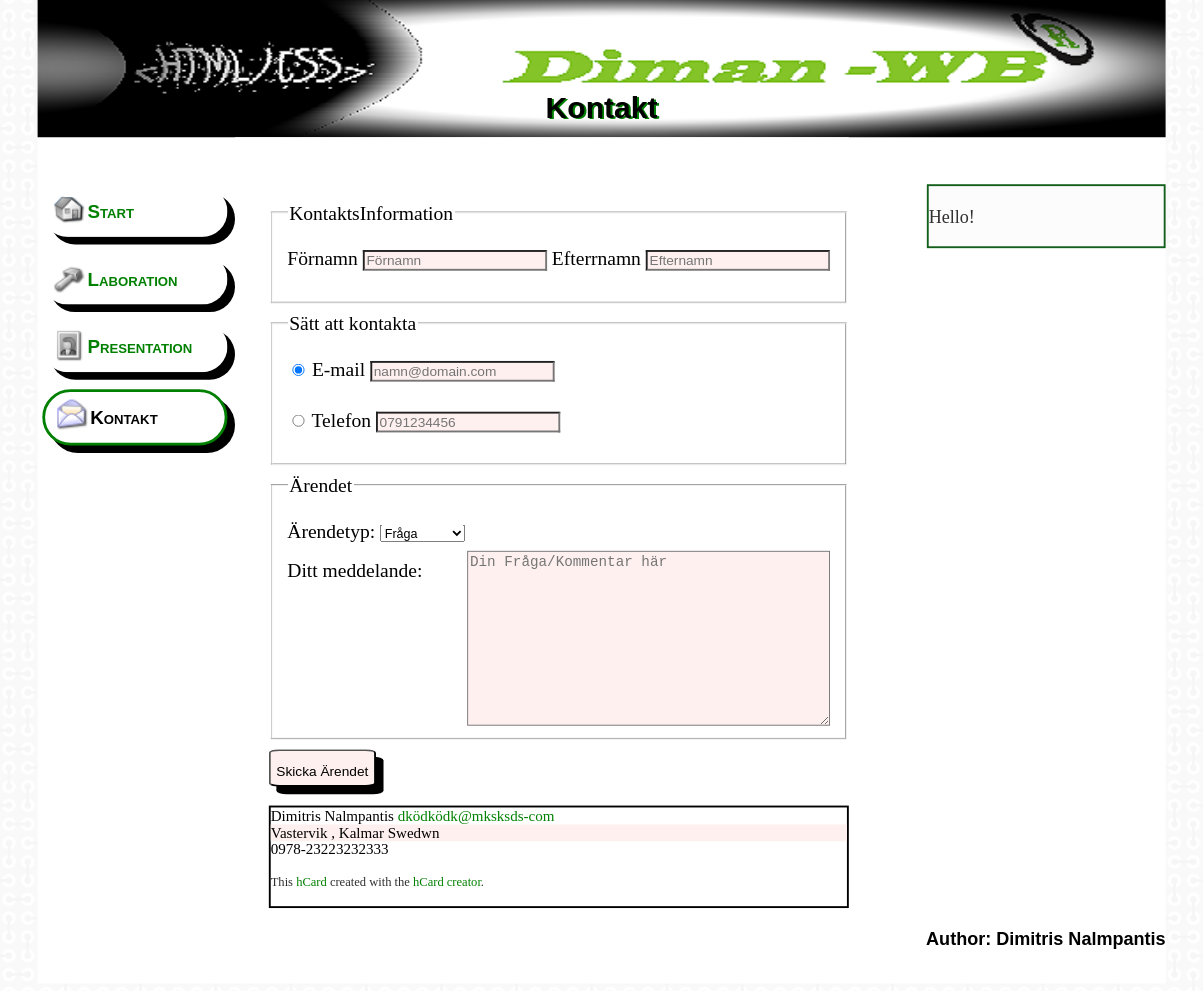
Repository: dn222em/1ik415-laborationer
Page: pages/Kontakt.html
The author's editor kept a record of every edit. The page is drawn from the files as they stood at one moment, then again after the next edit.
The browser window is 1280 px wide. The pictures show the whole page, at 94% of full size.
Backgrounds fixed to the window are drawn as part of the page.

Above is the page before.

After the next edit:
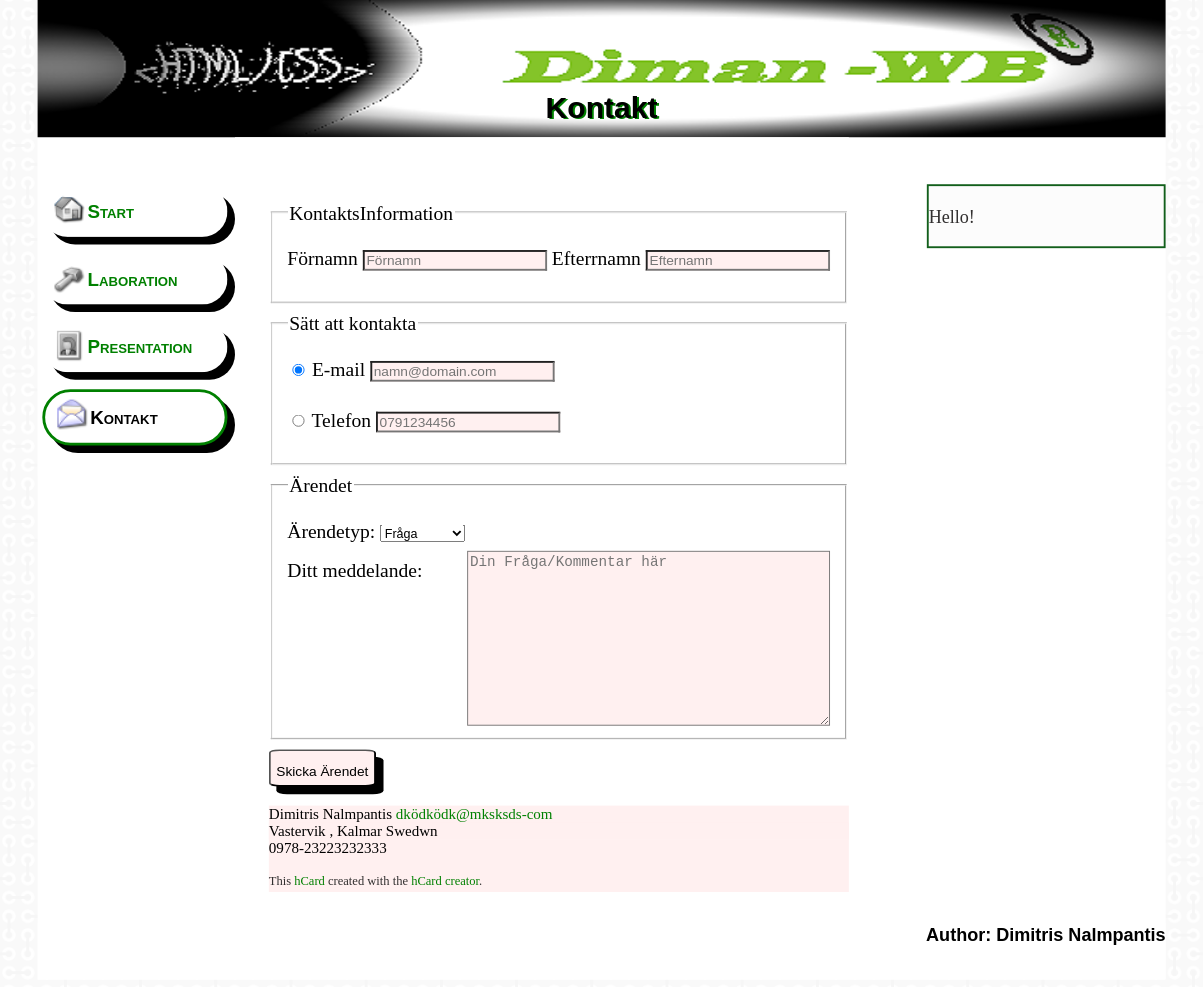
The edit:
--- a/CSS/style.css
+++ b/CSS/style.css
@@ -375,7 +375,7 @@
 H-card */
 
 .vcard {
-	border:2px solid black;
+	background-color:#FFF0F0;git
 
 }
 .adr{
